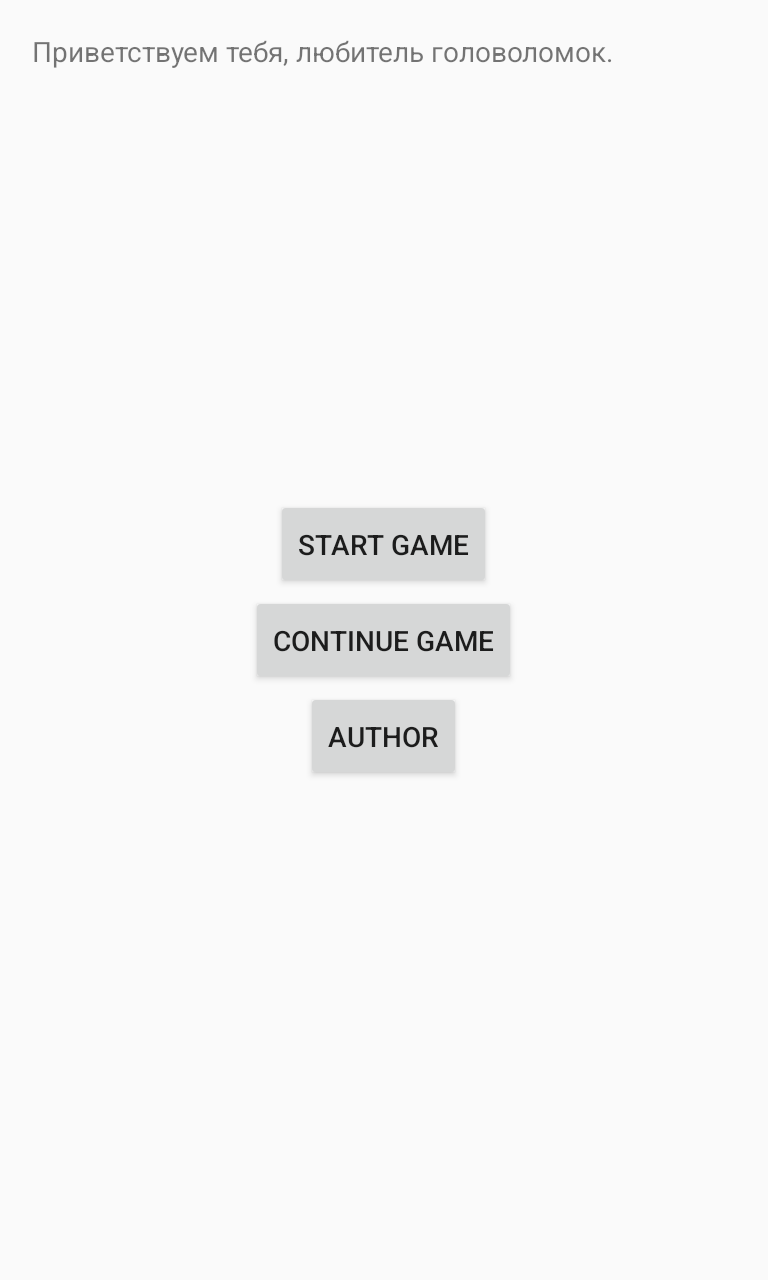
Repository: IgorDogadin/TQReposit
Layout: TextQuest/res/layout/activity_menu.xml
An editor plug-in stored every save of this project. The layout is shown before and after the next save, followed by the edit.
It is drawn on a 768 x 1280 px phone screen (xhdpi) without system bars, with theme AppTheme; the app's code is not run.

Above is the layout before, as saved 2015-04-25 11:05:50.

After the next save:
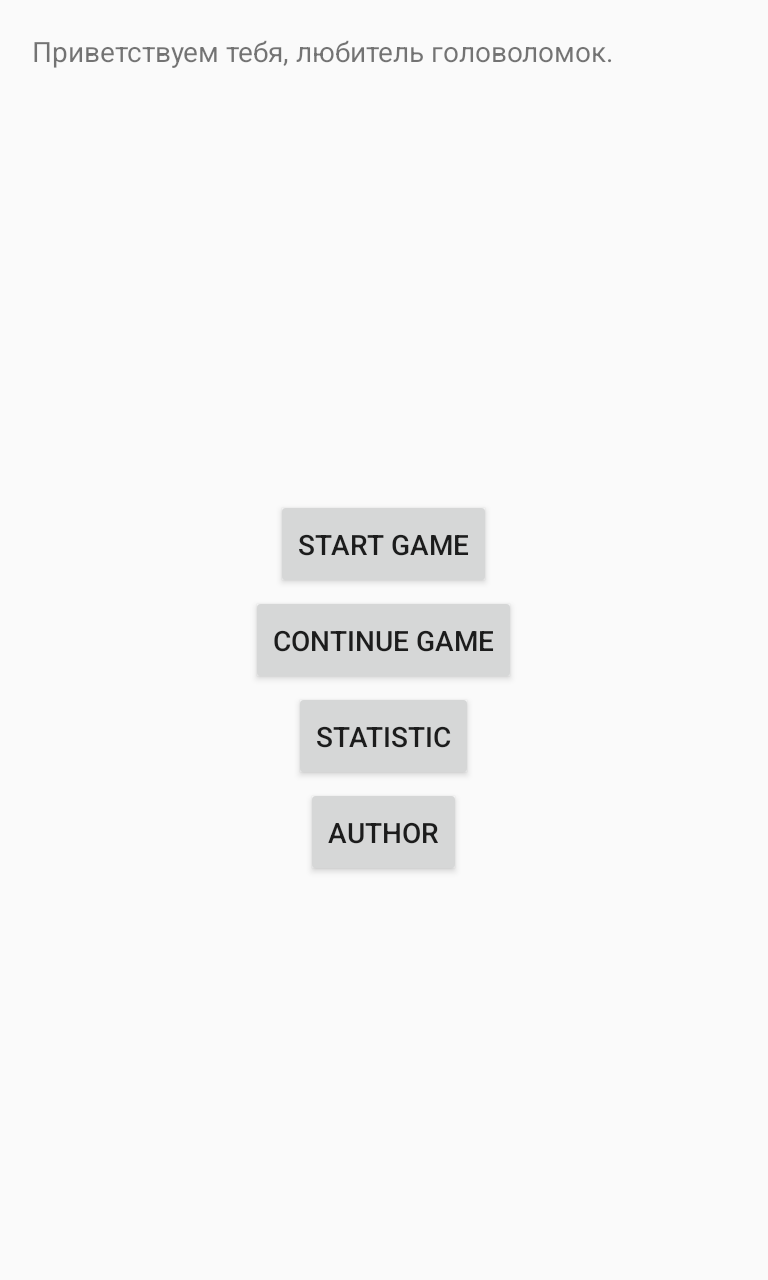
Saved 3 min 15 s later.
--- a/TextQuest/res/layout/activity_menu.xml
+++ b/TextQuest/res/layout/activity_menu.xml
@@ -22,16 +22,6 @@
         android:text="@string/continuegame"
         android:onClick="continuegame"/>
 
-    <Button
-        android:id="@+id/button4"
-        style="?android:attr/buttonStyleSmall"
-        android:layout_width="wrap_content"
-        android:layout_height="wrap_content"
-        android:layout_below="@+id/button1"
-        android:layout_centerHorizontal="true"
-        android:text="@string/author"
-        android:onClick="author" />
-
 
     <Button
         android:id="@+id/button2"
@@ -42,4 +32,22 @@
         android:text="@string/startgame"
         android:onClick="startgame"/>
 
+    <Button
+        android:id="@+id/button3"
+        android:layout_width="wrap_content"
+        android:layout_height="wrap_content"
+        android:layout_below="@+id/button1"
+        android:layout_centerHorizontal="true"
+        android:text="@string/statistic" />
+
+    <Button
+        android:id="@+id/button4"
+        style="?android:attr/buttonStyleSmall"
+        android:layout_width="wrap_content"
+        android:layout_height="wrap_content"
+        android:layout_below="@+id/button3"
+        android:layout_centerHorizontal="true"
+        android:onClick="author"
+        android:text="@string/author" />
+
 </RelativeLayout>
